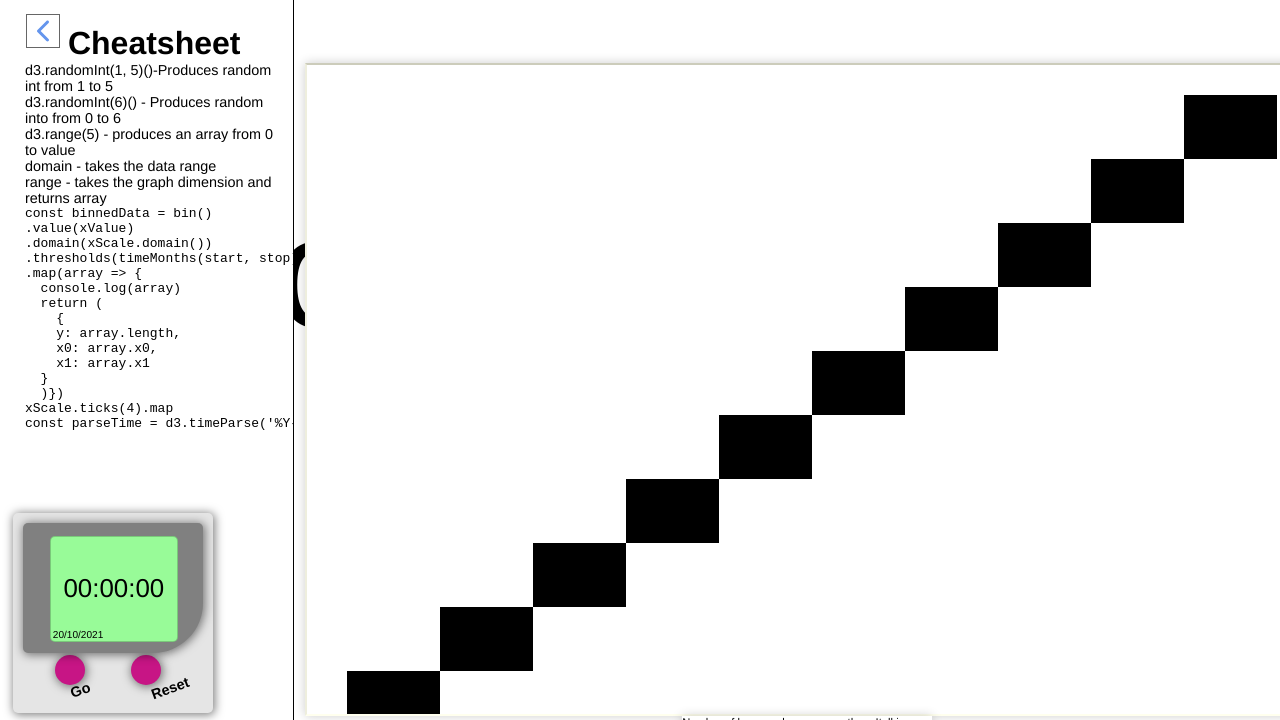
Repository: Lewisjohnward/100-days-of-d3
Page: /
The author's editor kept a copy of each file at every save. The page is drawn from the files as they stood at one save, then again after the next save.
The browser window is 1280 px wide. The pictures show the whole page.
The project was rebuilt for these pictures with package versions that can differ from the ones it lists, and the page was loaded fresh each time. Also part of the build but not shown: src/charts/chart1/styles.js, src/charts/chart1/Chart.js, src/charts/chart2/useGetData.js, src/charts/chart2/styles.js, src/charts/chart2/Chart.js, src/charts/chart3/useGetData.js, src/charts/chart3/styles.js, src/charts/chart3/Chart.js and 3 more.

Above is the page before, as saved 2021-10-20 16:36:49.

After the next save:
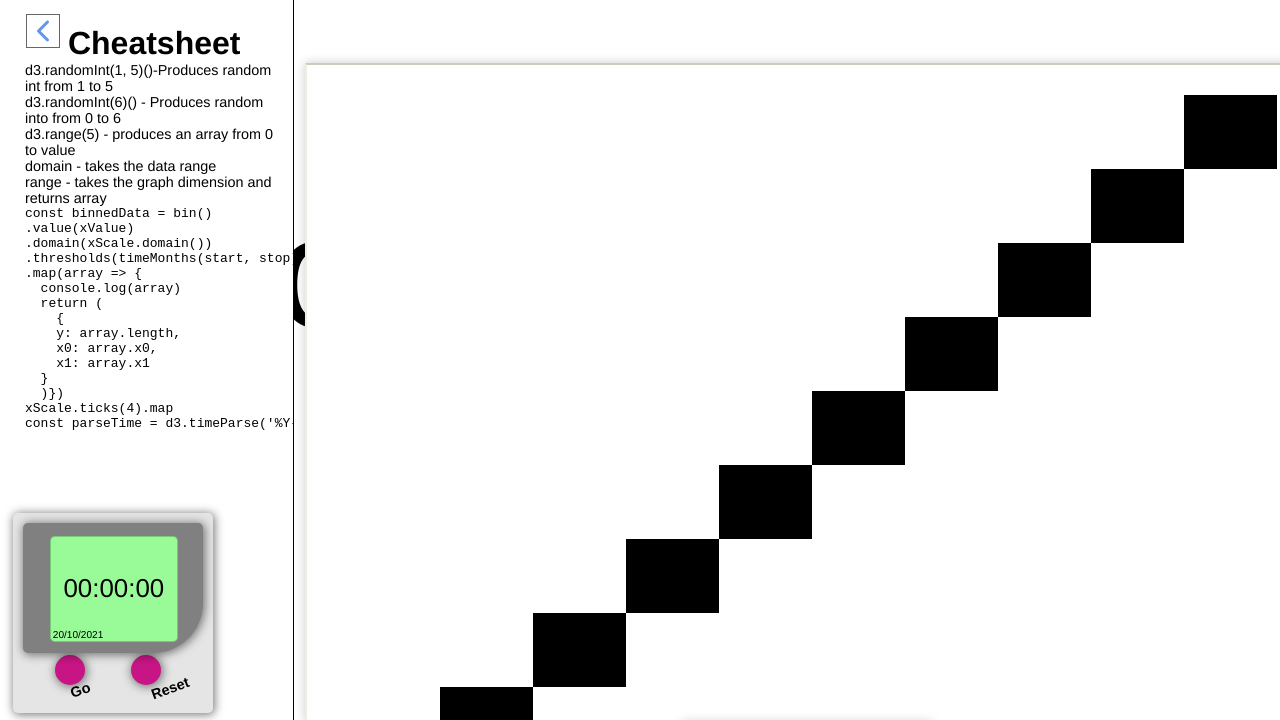
Saved 41 s later.
--- a/src/charts/chart5/Chart.js
+++ b/src/charts/chart5/Chart.js
@@ -29,7 +29,7 @@
   left: 40,
 };
 
-const height = 700;
+const height = 800;
 const width = 1000;
 
 const innerHeight = height - margin.top - margin.bottom;

After the save that followed:
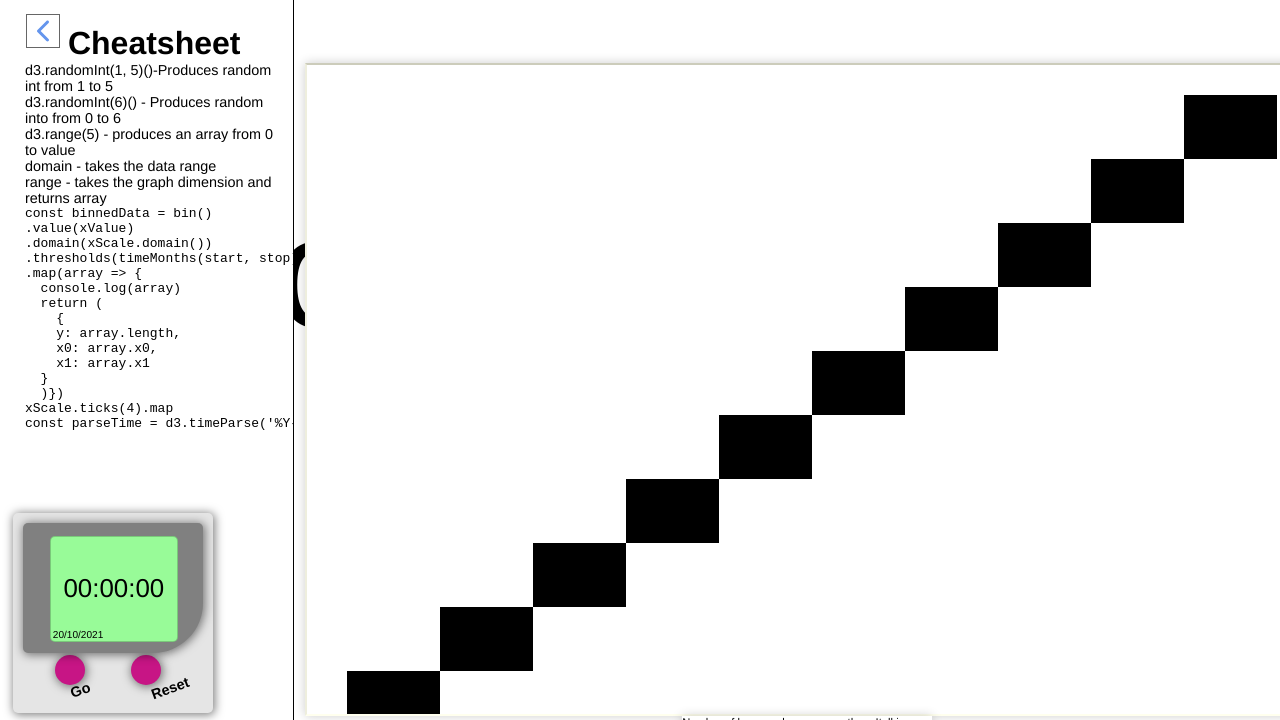
Saved 6 s later.
--- a/src/charts/chart5/Chart.js
+++ b/src/charts/chart5/Chart.js
@@ -29,7 +29,7 @@
   left: 40,
 };
 
-const height = 800;
+const height = 700;
 const width = 1000;
 
 const innerHeight = height - margin.top - margin.bottom;
